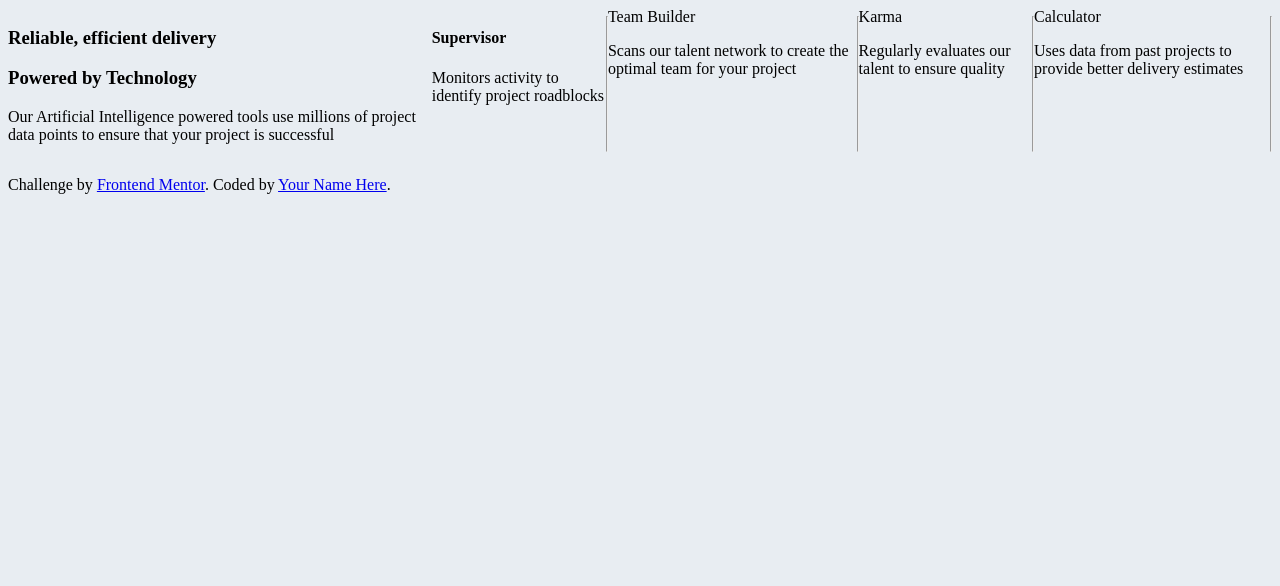
Repository: AngelaMwelu/four-card-page
Page: index.html
The author's editor kept a copy of each file at every save. The page is drawn from the files as they stood at one save, then again after the next save.
The browser window is 1280 px wide. The pictures show the whole page.

Above is the page before, as saved 2025-05-15 15:06:32.

After the next save:
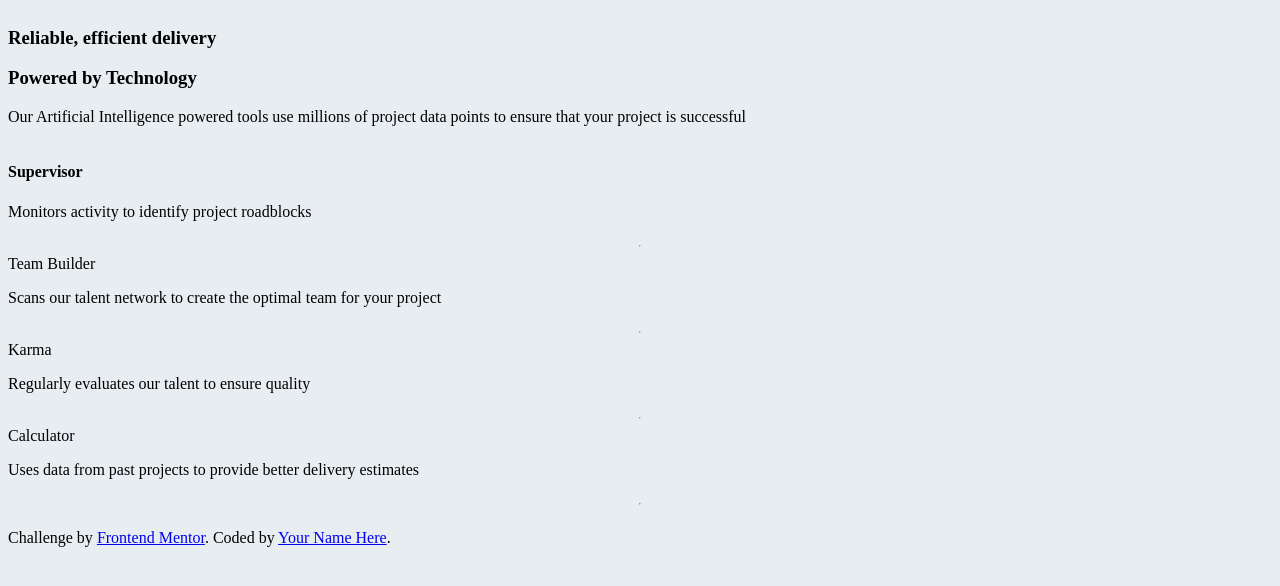
Saved 5 s later.
--- a/index.html
+++ b/index.html
@@ -13,7 +13,7 @@
   <style>
     .Card{
       display:flex;
-      flex-direction:column
+      flex-direction:column;
       justify-content:center;
       min-height: 100mv;
     }
